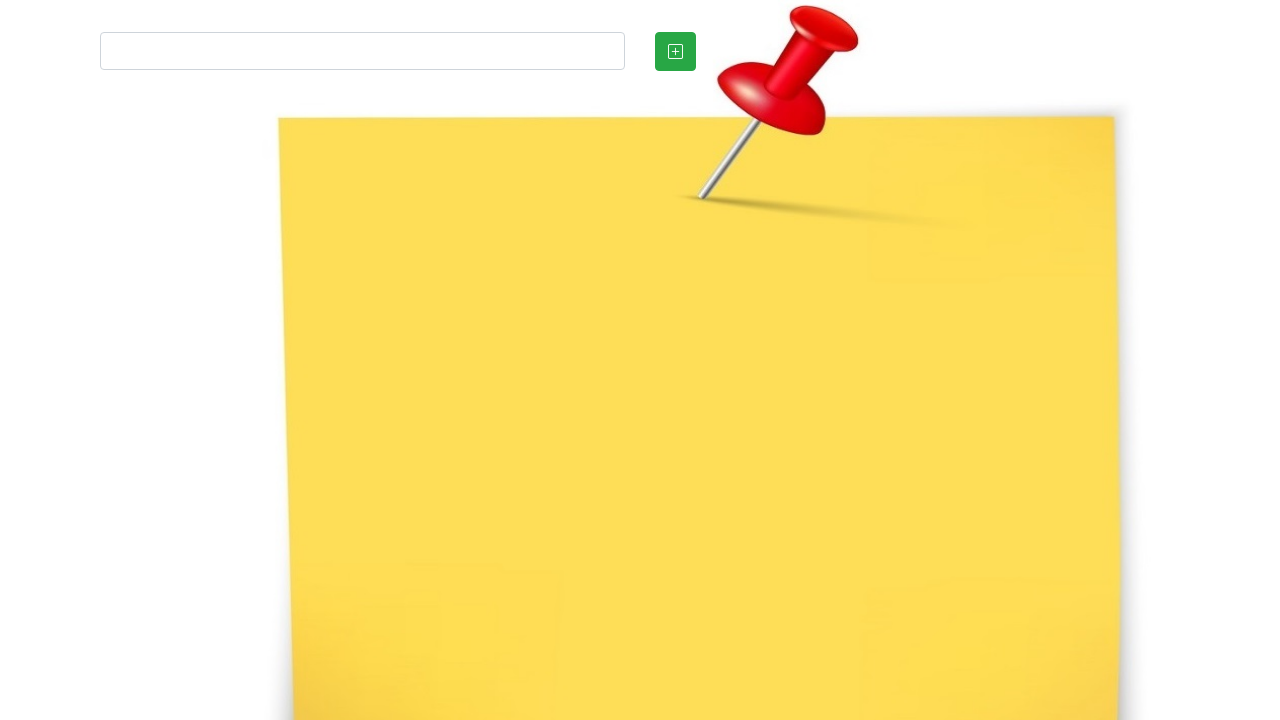
Repository: walaaElbasha/Todo-list-laravel
Page: http://localhost/tasks
An editor plug-in stored every save of this project. The page is shown before and after the next save, followed by the edit.
The browser window is 1280 px wide. The pictures show the whole page.
The page is served by the project's Laravel application, run on PHP 8.4 with Laravel 8. Other server files are loaded and not shown. Style sheets and scripts are compiled from the project's sources, by tool versions that may differ from the author's. Queries for data that is not in the repository find no rows.

Above is the page before, as saved 2021-07-01 14:06:44.

### routes/web.php
<?php

use Illuminate\Support\Facades\Route;
use App\Http\Controllers\TaskController;
/*
|--------------------------------------------------------------------------
| Web Routes
|--------------------------------------------------------------------------
|
| Here is where you can register web routes for your application. These
| routes are loaded by the RouteServiceProvider within a group which
| contains the "web" middleware group. Now create something great!
|
*/

Route::get('/', function () {
    return view('welcome');
});

Route::get('/tasks', [TaskController::class, 'index'])->name('tasks.index');
Route::post('/tasks', [TaskController::class, 'store'])->name('tasks.store');
Route::get('/tasks/{task}/edit', [TaskController::class, 'edit'])->name('tasks.edit');
Route::put('/tasks/{task}', [TaskController::class, 'update'])->name('tasks.update');
Route::delete('/tasks/{task}', [TaskController::class, 'destroy'])->name('tasks.destroy');

### app/Http/Controllers/TaskController.php
<?php

namespace App\Http\Controllers;
use Illuminate\Http\Request;
use App\Http\Requests\TaskRequest;
use App\Models\Task;


class TaskController extends Controller

{

    public function index()
    {
        $allTasks = Task::paginate(5);

        return view('tasks.index', [
            'allTasks' => $allTasks
        ]);
    }

    public function edit($taskId)
    {
        $task = Task::find($taskId);
        return view('tasks.edit', [
            'task' => $task,
        ]);
    }
    public function update($taskId, TaskRequest $request)
    {


        // $requestData = $request->all();

        // $task = Task::find($taskId);
        // $task->update($requestData);
        // $task->save();

        $requestData = $request->all();
        $task = Task::find($taskId);
        $task->update($requestData);
        $task->save();
        return redirect()->route('tasks.index')->with('success', "TODO updated successfully!");
    }

    public function destroy($taskId)
    {

        $task = Task::findorfail($taskId);

        $task->delete();
        return redirect()->route('tasks.index');
    }



    public function store(TaskRequest $request)
    {

        // $requestData = $request->all();
        // Task::create($requestData);

        $task = new Task;
        $task->name = $request->name;
        $task->save();
        return redirect()->route('tasks.index');
    }

}

### resources/views/tasks/index.blade.php
@extends('layouts.app')

@section('content')

<!-- Bootstrap Boilerplate... -->
<div>

    <div class="container" >
        <!-- Display Validation Errors -->
        <ul>
            @foreach($allTasks as $task)

            <li>
                <div class="row" style="display:flex;">
                    <div class="col-6">
                        {{ $task->name}}



                        <div class="col-6" stye="justify-content:flex-end float:right">

                            <a href="{{ route('tasks.edit',['task' => $task['id']]) }}" class="btn btn-secondary" style="margin-bottom: 20px;"><i class="bi bi-pencil-square"></i>


                            </a>

                            <form style="display:inline" method="POST" action="{{route('tasks.destroy',['task' => $task['id']])}}">
                                @csrf
                                @method('DELETE')
                                <button onclick="return confirm('Are you sure?')" class="btn btn-danger" type="submit" style="margin-bottom: 20px;"><i class="bi bi-trash-fill"></i></button>
                            </form>
                        </div>
                        <br>
            </li>
            @endforeach
        </ul>
        <!-- New Task Form -->
        <form action="{{ route('tasks.store') }}" method="POST" class="form-horizontal">
            @csrf

            <!-- Task Name -->
            <div class="form-group">
                <div class="text-center" style="display:flex; justify-content:center; align-items:center">
                    {{$allTasks->links("pagination::bootstrap-4")}}

                </div>

                @if($errors->any())
                <div class="alert alert-danger">
                    <ul>
                        @foreach ($errors->all() as $error)
                        <li>{{ $error }}</li>
                        @endforeach
                    </ul>
                </div>
                @endif
                <div style="display:flex">
                    <div class="col-sm-6">
                        <input type="text" name="name" id="name" class="form-control">
                    </div>

                    <div class="form-group">
                        <div class="col-sm-offset-3 col-sm-6">
                            <button type="submit" class="btn btn-success">
                                <span style="font-size:15px"><i class="bi bi-plus-square"></i> </span>
                            </button>
                        </div>
                    </div>
                </div>
            </div>
        </form>
    </div>
</div>



<!-- TODO: Current Tasks -->
@endsection

### resources/views/layouts/app.blade.php
<!DOCTYPE html>
<html lang="en">

<head>
    <meta charset="utf-8">
    <meta name="viewport" content="width=device-width, initial-scale=1">

    <!-- CSRF Token -->
    <meta name="csrf-token" content="{{ csrf_token() }}">

    <title>{{ config('app.name', 'All Tasks') }}</title>

    <!-- Scripts -->
    <script src="{{ asset('js/app.js') }}" defer></script>

    <!-- Fonts -->
    <link rel="dns-prefetch" href="//fonts.gstatic.com">
    <link href="https://fonts.googleapis.com/css?family=Nunito" rel="stylesheet">

    <!-- Styles -->
    <link href="{{ asset('css/app.css') }}" rel="stylesheet">
    <link rel="stylesheet" href="https://cdn.jsdelivr.net/npm/bootstrap@4.6.0/dist/css/bootstrap.min.css" integrity="sha384-B0vP5xmATw1+K9KRQjQERJvTumQW0nPEzvF6L/Z6nronJ3oUOFUFpCjEUQouq2+l" crossorigin="anonymous">
    <link rel="stylesheet" href="path/to/font-awesome/css/font-awesome.min.css">
    <link rel="stylesheet" href="https://cdn.jsdelivr.net/npm/bootstrap-icons@1.5.0/font/bootstrap-icons.css">
</head>


<body style="background-image: url('sticky.jpg')  ; background-repeat: no-repeat;
  background-size: 1400px 950px;">
    <div class="container">
        <nav class="navbar navbar-default">
            <!-- Navbar Contents -->
        </nav>
    </div>

    @yield('content')

</body>

</html>

Loaded but not shown: app/Http/Controllers/Controller.php (common file); app/Models/Task.php (common file); resources/sass/app.scss (common file); resources/sass/_variables.scss (common file)

After the next save:
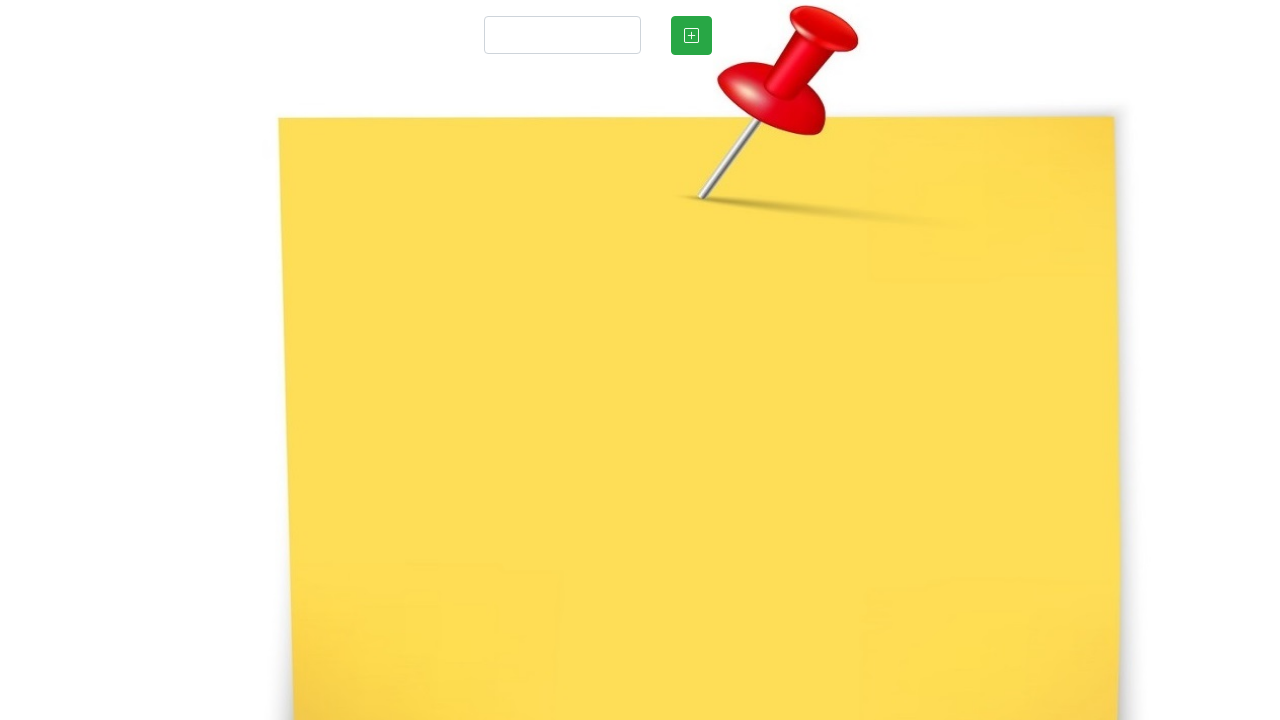
Saved 49 s later.
--- a/resources/views/tasks/index.blade.php
+++ b/resources/views/tasks/index.blade.php
@@ -5,7 +5,7 @@
 <!-- Bootstrap Boilerplate... -->
 <div>
 
-    <div class="container" >
+    <div class="container text-center" style="display:flex; justify-content:center; align-items:center">
         <!-- Display Validation Errors -->
         <ul>
             @foreach($allTasks as $task)

After the 2 saves that followed:
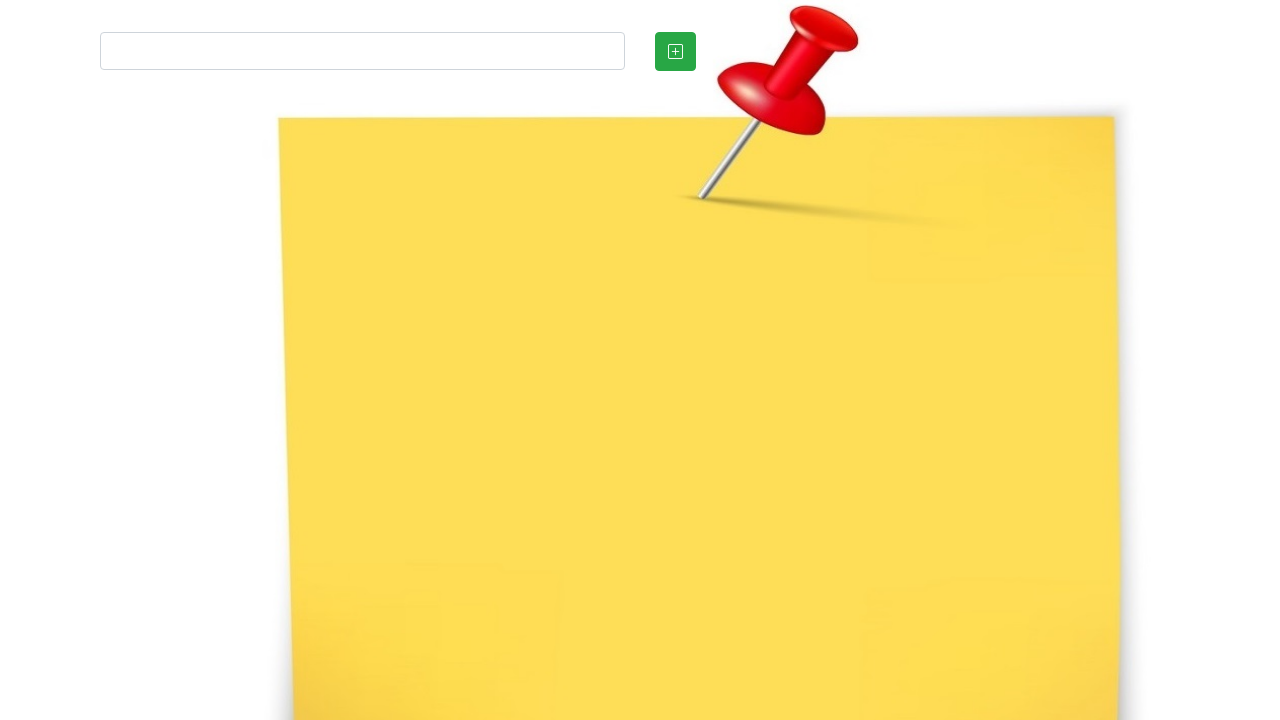
The 2 saves are shown as one change because 1 left the picture as it was.
The last was saved 27 s later.
--- a/resources/views/tasks/index.blade.php
+++ b/resources/views/tasks/index.blade.php
@@ -5,7 +5,7 @@
 <!-- Bootstrap Boilerplate... -->
 <div>
 
-    <div class="container text-center" style="display:flex; justify-content:center; align-items:center">
+    <div class="container text-center" style=" justify-content:center; align-items:center">
         <!-- Display Validation Errors -->
         <ul>
             @foreach($allTasks as $task)
